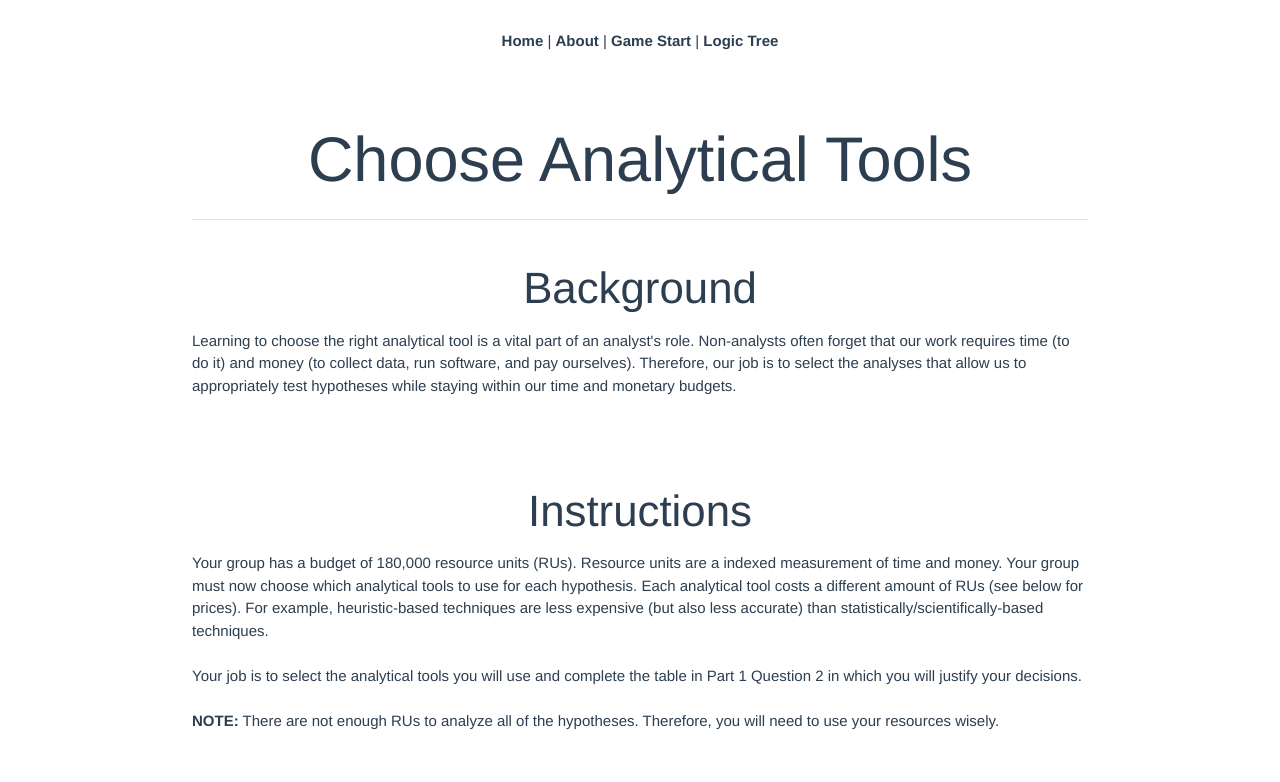
Repository: gallard28/posc4210app
Page: /#/choose_tools
These files come from the project's save history. The page is drawn as it stood at one moment and after the next save; the edit follows.
The browser window is 1280 px wide. The pictures show the whole page.
The project was rebuilt for these pictures with package versions that can differ from the ones it lists, and the page was loaded fresh each time. Also part of the build but not shown: src/views/Home.vue, src/views/Start.vue, src/views/Scenario.vue, src/views/Prioritize.vue.

Above is the page before, as saved 2020-09-20 21:57:30.

### public/index.html
<!DOCTYPE html>
<html lang="en">
  <head>
    <meta charset="utf-8">
    <meta http-equiv="X-UA-Compatible" content="IE=edge">
    <meta name="viewport" content="width=device-width,initial-scale=1.0">
    <link rel="icon" href="<%= BASE_URL %>favicon.ico">
    <title><%= htmlWebpackPlugin.options.title %></title>

    <!-- Materialize CSS -->
    <!-- Compiled and minified CSS -->
    <link rel="stylesheet" href="https://cdnjs.cloudflare.com/ajax/libs/materialize/1.0.0/css/materialize.min.css">

    <!-- Compiled and minified JavaScript -->
    <script src="https://cdnjs.cloudflare.com/ajax/libs/materialize/1.0.0/js/materialize.min.js"></script>

    <!-- Google Fonts -->
    <link href="https://fonts.googleapis.com/icon?family=Material+Icons" rel="stylesheet">

  </head>
  <body>
    <noscript>
      <strong>We're sorry but <%= htmlWebpackPlugin.options.title %> doesn't work properly without JavaScript enabled. Please enable it to continue.</strong>
    </noscript>
    <div id="app"></div>
    <!-- built files will be auto injected -->
  </body>
</html>

### src/App.vue
<template>
  <div id="app">
    <div id="nav">
      <router-link to="/">Home</router-link> |
      <router-link to="/about">About</router-link> |
      <router-link to="/start">Game Start</router-link> |
      <router-link to="/scenario">Logic Tree</router-link>
    </div>
    <router-view/>
  </div>
</template>

<style>
#app {
  font-family: Avenir, Helvetica, Arial, sans-serif;
  -webkit-font-smoothing: antialiased;
  -moz-osx-font-smoothing: grayscale;
  text-align: center;
  color: #2c3e50;
}

#nav {
  padding: 30px;
}

#nav a {
  font-weight: bold;
  color: #2c3e50;
}

#nav a.router-link-exact-active {
  color: #42b983;
}
</style>

### src/router/index.js
import Vue from 'vue'
import VueRouter from 'vue-router'
import Home from '../views/Home.vue'
import Start from '../views/Start.vue'
import Scenario from '../views/Scenario.vue'
import Prioritize from '../views/Prioritize.vue'
import Choose_tools from '../views/Choose_tools.vue'

Vue.use(VueRouter)

const routes = [
  {
    path: '/',
    name: 'Home',
    component: Home
  },
  {
    path: '/start',
    name: 'Start',
    component: Start
  },
  {
    path: '/scenario',
    name: 'Scenario',
    component: Scenario
  },
  {
    path: '/prioritize',
    name: 'Prioritize',
    component: Prioritize
  },
  {
    path: '/choose_tools',
    name: 'Choose_tools',
    component: Choose_tools
  },
  {
    path: '/about',
    name: 'About',
    // route level code-splitting
    // this generates a separate chunk (about.[hash].js) for this route
    // which is lazy-loaded when the route is visited.
    component: () => import(/* webpackChunkName: "about" */ '../views/About.vue')
  }
]

const router = new VueRouter({
  routes
})

export default router

### src/views/Choose_tools.vue
<template>
  <div class="Choose container">
    <h1>Choose Analytical Tools</h1>
      <div class="divider"></div>
      <div class="section">
        <div class="row">
          <h3>Background</h3>
          <p class="left-align">Learning to choose the right analytical tool is a vital part of an analyst's role. Non-analysts often forget that our work requires time (to do it) and money (to collect data, run software, and pay ourselves). Therefore, our job is to select the analyses that allow us to appropriately test hypotheses while staying within our time and monetary budgets.</p>
          <br>
          <br>
          <h3>Instructions </h3>
          <p class="left-align">Your group has a budget of 180,000 resource units (RUs). Resource units are a indexed measurement of time and money. Your group must now choose which analytical tools to use for each hypothesis. Each analytical tool costs a different amount of RUs (see below for prices). For example, heuristic-based techniques are less expensive (but also less accurate) than statistically/scientifically-based techniques. <br> <br>
          Your job is to select the analytical tools you will use and complete the table in Part 1 Question 2 in which you will justify your decisions. <br><br>
          <b>NOTE:</b> There are not enough RUs to analyze all of the hypotheses. Therefore, you will need to use your resources wisely.</p>
        </div>
      </div>
  </div>
</template>

<script>
export default {
  name: 'Choose_tools'
}
</script>

<style scoped>

</style>

Loaded but not shown: src/main.js (common file)

After the next save:
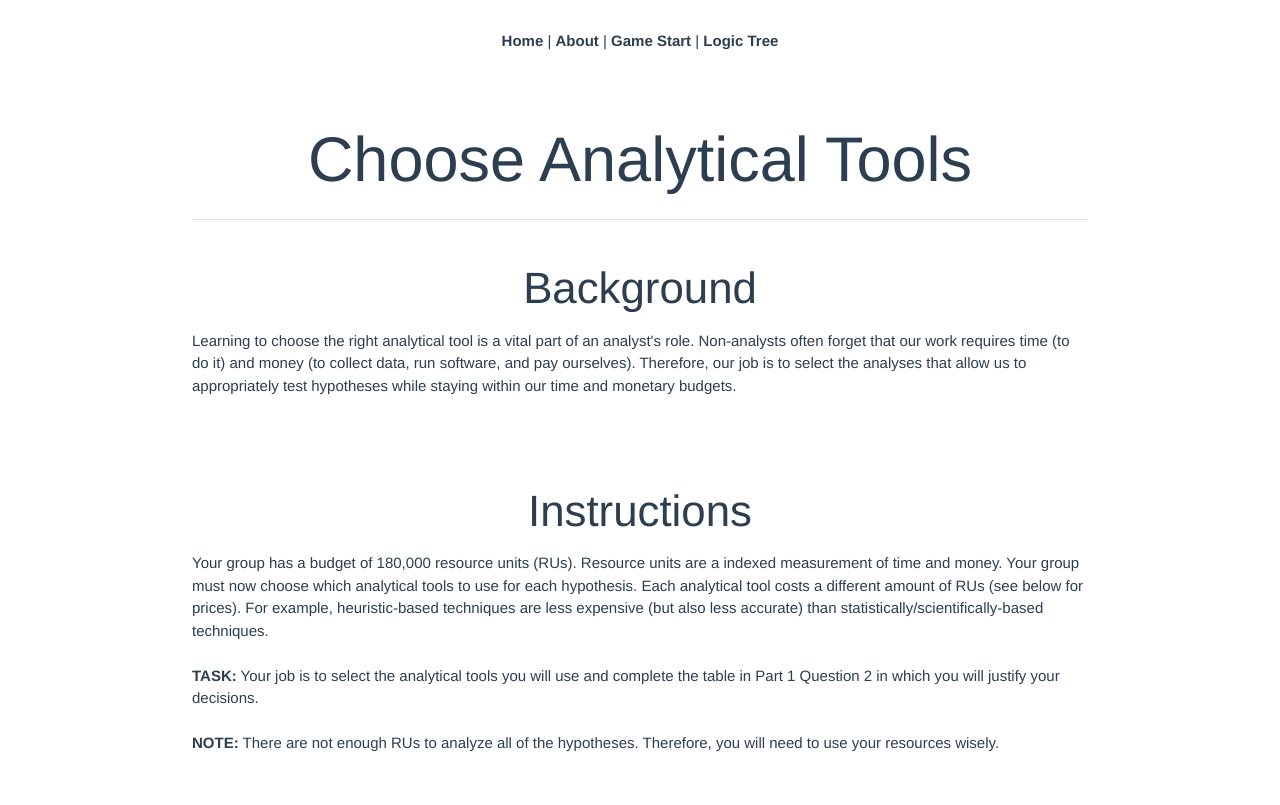
Saved 11 s later.
--- a/src/views/Choose_tools.vue
+++ b/src/views/Choose_tools.vue
@@ -10,7 +10,7 @@
           <br>
           <h3>Instructions </h3>
           <p class="left-align">Your group has a budget of 180,000 resource units (RUs). Resource units are a indexed measurement of time and money. Your group must now choose which analytical tools to use for each hypothesis. Each analytical tool costs a different amount of RUs (see below for prices). For example, heuristic-based techniques are less expensive (but also less accurate) than statistically/scientifically-based techniques. <br> <br>
-          Your job is to select the analytical tools you will use and complete the table in Part 1 Question 2 in which you will justify your decisions. <br><br>
+          <b>TASK:</b> Your job is to select the analytical tools you will use and complete the table in Part 1 Question 2 in which you will justify your decisions. <br><br>
           <b>NOTE:</b> There are not enough RUs to analyze all of the hypotheses. Therefore, you will need to use your resources wisely.</p>
         </div>
       </div>
